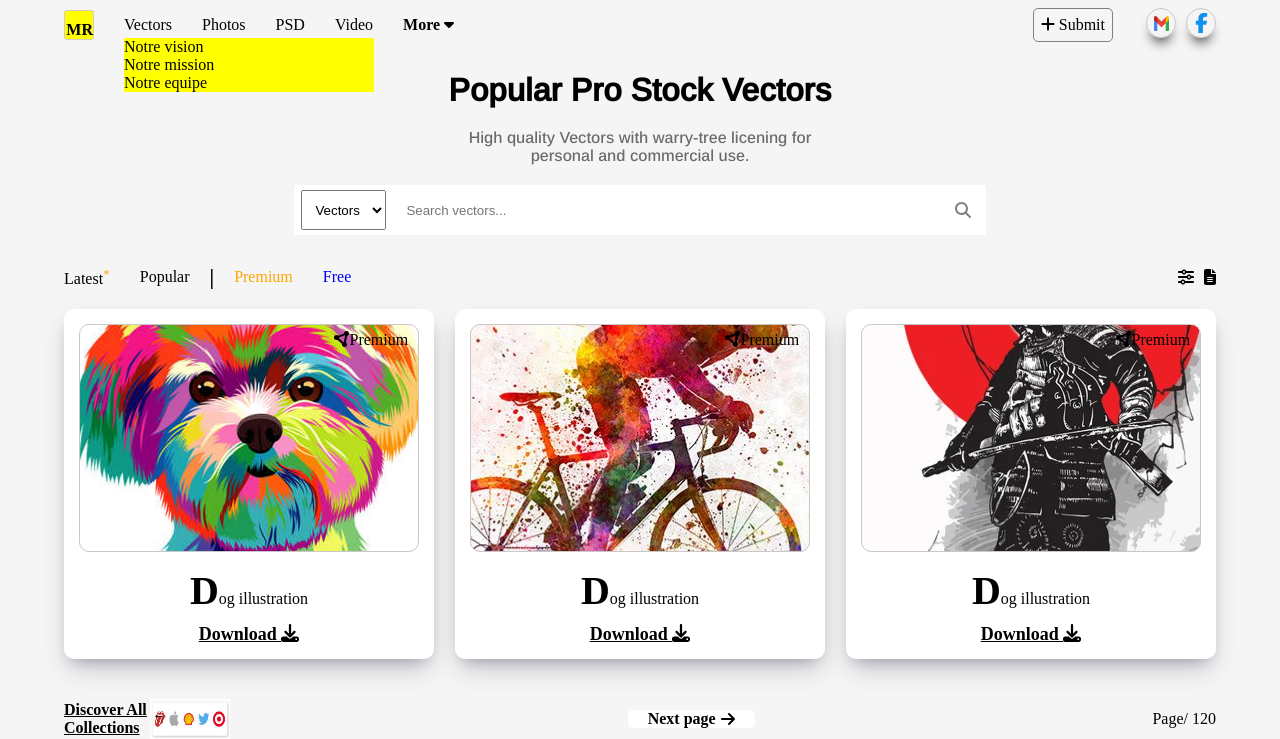
Repository: kegbaDev/VectorTemplate
Page: /
An editor plug-in stored every save of this project. The page is shown before and after a run of saves, followed by the edit.
The browser window is 1280 px wide. The pictures show the whole page.
The project was rebuilt for these pictures with package versions that can differ from the ones it lists, and the page was loaded fresh each time. Also part of the build but not shown: vite.config.js.

Above is the page before, as saved 2023-04-14 01:54:17.

### index.html
<!DOCTYPE html>
<html lang="en">
  <head>
    <meta charset="UTF-8" />
    <link rel="icon" href="/favicon.ico" />
    <meta name="viewport" content="width=device-width, initial-scale=1.0" />
    <title>Vite App</title>
  </head>
  <body style="background-color: rgb(245, 245, 245)">
    <div id="app"></div>
    <script type="module" src="/src/main.js"></script>
  </body>
</html>

### src/main.js
import { createApp } from 'vue'
import App from './App.vue'

// fontawesome importation
import '@fortawesome/fontawesome-free/css/all.css'
import '@fortawesome/fontawesome-free/js/all.js'

createApp(App).mount('#app')

### src/App.vue
<template>
<div class="wrapper">
  <div class="navbar">
    <div class="left bounce">
      <div class="logo">MR</div>
      <ul>
        <li>
          Vectors
          <div class="sous_menu">
            <ul class="liens">
              <li class="lien">Notre vision</li>
              <li class="lien">Notre mission</li>
              <li class="lien">Notre equipe</li>
            </ul>
          </div>
        </li>
        <li>Photos</li>
        <li>PSD</li>
        <li>Video</li>
        <li><span class="more" >More</span><i class="fa-solid fa-caret-down"></i></li>
      </ul>
    </div>
    <div class="right">
      <div class="submit">
        <i class="fa-solid fa-plus"></i>
        Submit
      </div>
      <div class="logo_collection">
        <div class="logo_card">
          <img src="./assets/gmail-logo-16.png" alt="google-icon" width="15px" height="15px">
        </div>
        <div class="logo_card">
          <i class="fa-brands fa-facebook-f" style="color: #1191ee; width: 25px;height: 20px;"></i>
        </div>
      </div>
    </div>
  </div>


  <!-- Second component -->


  <div class="text_section">
    <h1 class="title slideInUp">Popular Pro Stock Vectors</h1>
    <p class="paragraph slideInUp">
      High quality Vectors with warry-tree licening for <br>
      personal and commercial use.
    </p>
    <div class="input_card slideInRight">
      <select name="" id="">
        <option value="value1">Vectors</option>
        <option value="value2">Vectors</option>
      </select>
      <input type="text" placeholder="Search vectors... ">
      <i class="fa-solid fa-magnifying-glass" style="color: grey; margin-right: 15px;"></i>
    </div>
  </div>

  <!-- Third component -->

  <div class="row">
    <div class="left-row">
      <ul>
        <li>Latest<sup style="color:orange">*</sup></li>
        <li>Popular</li>
      </ul>
      <span class="pipe">
        |
      </span>
      <ul>
        <li style="color:orange">Premium</li>
        <li style="color:blue">Free</li>
      </ul>
    </div>
    <div class="right-row">
      <i class="fa-solid fa-sliders"></i>
      <i class="fa-solid fa-file-lines"></i>
    </div>
  </div>

  <!-- Fourth component  -->

  <div class="card_content slideInUp">
    <div class="main_card">
      <div class="image_and_text_space">
        <i class="fa-solid fa-circle-nodes"></i>Premium
      </div>
      <p style="margin-bottom: 10px;"><span style="text-transform: uppercase; font-weight: bolder; font-size: 40px;">D</span>og illustration</p>
      <p class="download">Download <i class="fa-solid fa-download"></i></p>
    </div>
    <div class="main_card">
      <div class="image_and_text_space2">
        <i class="fa-solid fa-circle-nodes"></i>Premium
      </div>
      <p style="margin-bottom: 10px;"><span style="text-transform: uppercase; font-weight: bolder; font-size: 40px;">D</span>og illustration</p>
      <p class="download">Download <i class="fa-solid fa-download"></i></p>
    </div>
    <div class="main_card">
      <div class="image_and_text_space3">
        <!-- <img src="./assets/154416(1).svg" width="209px" height="300px" alt=""> -->
        <i class="fa-solid fa-circle-nodes"></i>Premium
      </div>
      <p style="margin-bottom: 10px;"><span style="text-transform: uppercase; font-weight: bolder; font-size: 40px;">D</span>og illustration</p>
      <p class="download">Download <i class="fa-solid fa-download"></i></p>
    </div>
    <!-- <div class="main_card">
      <div class="image_and_text_space">
        Premium
      </div>
      <p>Dog illustration</p>
      <p class="download">Download<i class="fa-solid fa-download"></i></p>
    </div>
    <div class="main_card">
      <div class="image_and_text_space">
        Premium
      </div>
      <p>Dog illustration</p>
      <p class="download">Download<i class="fa-solid fa-download"></i></p>
    </div> -->
  </div>

  <!-- Last component -->
  <div class="last_row">
    <div class="start">
      <div class="part">
        Discover All <br>
        Collections
      </div>
      <img src="./assets/imagesfinal.jpg" alt="" style="width: 80px; height: 40px;">
    </div>
    <div class="between">
      Next page <i class="fa-solid fa-arrow-right"></i>
    </div>
    <div class="end">
      Page/ 120
    </div>
  </div>
</div>




</template>

<script setup>

</script>


<style scoped>
@import url('https://fonts.googleapis.com/css2?family=Arimo:wght@500&display=swap');
.wrapper{
  height: 100vh;
  width: 90vw;
  margin:auto;
}
*{
  padding: 0px;
  margin: 0px;
  box-sizing: border-box;
  /* font-family: 'Arimo', sans-serif; */
}
.left{
  display: flex;
  align-items: center;
}

ul{
  list-style: none;
  display: flex;
  gap: 30px;
  margin-left: 30px;
}
ul li{
  cursor: pointer;
}
.more{
  font-weight: bolder;
  padding-right: 4px;
}
.logo{
  width: 30px;
  height: 30px;
  border: 1px solid rgb(214, 201, 201);
  background-color: yellow;
  font-weight: bolder;
  display: flex;
  justify-content: end;
  align-items: end;
  border-radius: 3px;
  cursor: pointer;
}
.navbar{
  display: flex;
  justify-content: space-between;
}
.right{
  display: flex;
  gap: 3px;
}
.submit{
  border: 1px solid gray;
  padding: 7px;
  margin-right: 30px;
  border-radius: 5px;
  background-color: rgba(234, 233, 233, 0.03);
  cursor: pointer;
  transition: all 400ms ease-in-out;
}
.submit:hover{
  background-color: yellow;
  /* font-weight: bolder; */
  scale: 1.1;
}
.logo_collection{
  display: flex;
  gap: 10px;
}
.logo_card{
  width: 30px;
  height: 30px;
  border: 1px solid black;
  display: flex;
  align-items: center;
  justify-content: center;
  border-radius: 50%;
  border-color: rgb(202, 198, 198);
  -webkit-box-shadow: 0px 10px 13px -7px #000000, -2px -2px 15px 6px rgba(26,17,18,0);
  box-shadow: 0px 10px 13px -7px #000000, -2px -2px 15px 6px rgba(26,17,18,0);
  cursor: pointer;transition: all 300ms ease-in-out;

}
.logo_card:hover{
  -webkit-box-shadow: 0px 10px 13px -7px #000000, -2px -2px 15px 6px rgba(26,17,18,0);
  box-shadow: 0px 10px 13px -7px #000000, -2px -2px 15px 6px rgba(26,17,18,0);
  scale: 1.2;

}

              /* Menu deroulant */
.sous_menu .liens{
  position: absolute;
  display: block;
  background-color: yellow;
  width: 250px;
  margin-left: 0px;
  top: 30px;
}
.sous_menu .liens .lien{

}


              /* Menu deroulant */

/* Second composant */

.text_section{
  margin: 30px auto;
  text-align: center;
}
.title{
  font-family: 'Arimo', sans-serif;
  margin-bottom: 20px;
}
.paragraph{
  font-family: 'Arimo', sans-serif;
  margin-bottom: 20px;
  color: rgb(107, 106, 106);
}
.input_card{
  width: 60%;
  height: 50px;
  background-color: white;
  margin: auto;
  display: flex;
  align-items: center;
  border-radius: 2px;
}
input{
  width: 100%;
  padding-left: 20px;
  border: none;
}
input, select{
  height: 40px;
}
select{
  padding: 9px;
  margin-left: 7px;
}

/* Third component */
.row{
  display: flex;
  justify-content: space-between;
  margin-bottom: 20px;
}
.left-row ul{
  margin: 0px;
  padding: 0px;
  display: flex;
  align-items: center;
}
.left-row, .right-row{
  display: flex;
  align-items: center;
}
.pipe{
  margin: 0px 20px;
}

.pipe{
  font-weight: bolder;
  font-size: 1.3em;
}
.right-row{
  gap: 10px;
}

/* Fourth component */

.card_content{
  display: flex;
  justify-content: space-between;
}
.main_card{
  min-width: 370px;
  min-height: 350px;
  /* border: 1px solid black; */
  border-radius: 10px;
  background-color: white;
  box-shadow: rgba(50, 50, 93, 0.25) 0px 13px 27px -5px, rgba(0, 0, 0, 0.3) 0px 8px 16px -8px;
  padding-bottom: 25px;
  cursor: pointer;
  transition: all 400ms ease-in-out;
}
.main_card:hover{
  scale: 1.02;
}
.main_card p{
  text-align: center;
}
.download{
  font-weight: bolder;
  text-decoration: underline;
  font-size: large;
}
.image_and_text_space{
  padding-top: 6px;
  padding-right: 10px;
  text-align: end;
  height: 70%;
  width: 92%;
  border: 1px solid rgb(201, 199, 199);
  border-radius: 10px;
  margin: 15px auto;
  background-image: url(./assets/chien_color.jpg);
  background-repeat: no-repeat;
  background-position: center;
}
.image_and_text_space2{
  background-image: url(./assets/velo.jpg) !important;
  padding-top: 6px;
  padding-right: 10px;
  text-align: end;
  height: 70%;
  width: 92%;
  border: 1px solid rgb(201, 199, 199);
  border-radius: 10px;
  margin: 15px auto;
  background-repeat: no-repeat;
  background-position: center;
}
.image_and_text_space3{
  background-image: url(./assets/sa.webp) !important;
  padding-top: 6px;
  padding-right: 10px;
  text-align: end;
  height: 70%;
  width: 92%;
  border: 1px solid rgb(201, 199, 199);
  border-radius: 10px;
  margin: 15px auto;
  background-repeat: no-repeat;
  /* object-fit: contain; */
  background-position: center;
}

/* Animation */

.bounce {
  -webkit-animation-name: bounce;
  animation-name: bounce;
  -webkit-transform-origin: center bottom;
  -ms-transform-origin: center bottom;
  transform-origin: center bottom;
  -webkit-animation-duration: 1s;
  animation-duration: 1s;
  -webkit-animation-fill-mode: both;
  animation-fill-mode: both;
  }
  @-webkit-keyframes bounce {
  0%, 20%, 53%, 80%, 100% {
  -webkit-transition-timing-function: cubic-bezier(0.215, 0.610, 0.355, 1.000);
  transition-timing-function: cubic-bezier(0.215, 0.610, 0.355, 1.000);
  -webkit-transform: translate3d(0,0,0);
  transform: translate3d(0,0,0);
  }
  40%, 43% {
  -webkit-transition-timing-function: cubic-bezier(0.755, 0.050, 0.855, 0.060);
  transition-timing-function: cubic-bezier(0.755, 0.050, 0.855, 0.060);
  -webkit-transform: translate3d(0, -30px, 0);
  transform: translate3d(0, -30px, 0);
  }
  70% {
  -webkit-transition-timing-function: cubic-bezier(0.755, 0.050, 0.855, 0.060);
  transition-timing-function: cubic-bezier(0.755, 0.050, 0.855, 0.060);
  -webkit-transform: translate3d(0, -15px, 0);
  transform: translate3d(0, -15px, 0);
  }
  90% {
  -webkit-transform: translate3d(0,-4px,0);
  transform: translate3d(0,-4px,0);
  }
  }

  @keyframes bounce {
  0%, 20%, 53%, 80%, 100% {
  -webkit-transition-timing-function: cubic-bezier(0.215, 0.610, 0.355, 1.000);
  transition-timing-function: cubic-bezier(0.215, 0.610, 0.355, 1.000);
  -webkit-transform: translate3d(0,0,0);
  transform: translate3d(0,0,0);
  }
  40%, 43% {
  -webkit-transition-timing-function: cubic-bezier(0.755, 0.050, 0.855, 0.060);
  transition-timing-function: cubic-bezier(0.755, 0.050, 0.855, 0.060);
  -webkit-transform: translate3d(0, -30px, 0);
  transform: translate3d(0, -30px, 0);
  }
  70% {
  -webkit-transition-timing-function: cubic-bezier(0.755, 0.050, 0.855, 0.060);
  transition-timing-function: cubic-bezier(0.755, 0.050, 0.855, 0.060);
  -webkit-transform: translate3d(0, -15px, 0);
  transform: translate3d(0, -15px, 0);
  }
  90% { -webkit-transform: translate3d(0,-4px,0); transform: translate3d(0,-4px,0);
  }
}
.slideInUp {
  -webkit-animation-name: slideInUp;
  animation-name: slideInUp;
  -webkit-animation-duration: 1s;
  animation-duration: 1s;
  -webkit-animation-fill-mode: both;
  animation-fill-mode: both;
  }
  @-webkit-keyframes slideInUp {
  0% {
  -webkit-transform: translateY(100%);
  transform: translateY(100%);
  visibility: visible;
  }
  100% {
  -webkit-transform: translateY(0);
  transform: translateY(0);
  }
  }
  @keyframes slideInUp {
  0% {
  -webkit-transform: translateY(100%);
  transform: translateY(100%);
  visibility: visible;
  }
  100% {
  -webkit-transform: translateY(0);
  transform: translateY(0);
  }
}

.slideInRight {
  -webkit-animation-name: slideInRight;
  animation-name: slideInRight;
  -webkit-animation-duration: 1s;
  animation-duration: 1s;
  -webkit-animation-fill-mode: both;
  animation-fill-mode: both;
  }
  @-webkit-keyframes slideInRight {
  0% {
  -webkit-transform: translateX(100%);
  transform: translateX(100%);
  visibility: visible;
  }
  100% {
  -webkit-transform: translateX(0);
  transform: translateX(0);
  }
  }
  @keyframes slideInRight {
  0% {
  -webkit-transform: translateX(100%);
  transform: translateX(100%);
  visibility: visible;
  }
  100% {
  -webkit-transform: translateX(0);
  transform: translateX(0);
  }
  }

.slideInUp {
  -webkit-animation-name: slideInUp;
  animation-name: slideInUp;
  -webkit-animation-duration: 1s;
  animation-duration: 1s;
  -webkit-animation-fill-mode: both;
  animation-fill-mode: both;
  }
  @-webkit-keyframes slideInUp {
  0% {
  -webkit-transform: translateY(100%);
  transform: translateY(100%);
  visibility: visible;
  }
  100% {
  -webkit-transform: translateY(0);
  transform: translateY(0);
  }
  }
  @keyframes slideInUp {
  0% {
  -webkit-transform: translateY(100%);
  transform: translateY(100%);
  visibility: visible;
  }
  100% {
  -webkit-transform: translateY(0);
  transform: translateY(0);
  }
}

/* Animation */

/* last component */

.last_row{
  margin-top: 40px;
  margin-bottom: 40px;
  display: flex;
  justify-content: space-between;
  align-items: center;
}
.between{
  font-weight: bolder;
  padding: 0px 20px;
  background-color: white;
  border-radius: 5px;
  display: flex;
  justify-content: center;
  align-items: center;
  gap: 5px;
}
.start{
  display: flex;
  align-items: center;
  gap: 3px;
  text-decoration: underline;
  font-weight: bold;
}
</style>

After the next 2 saves:
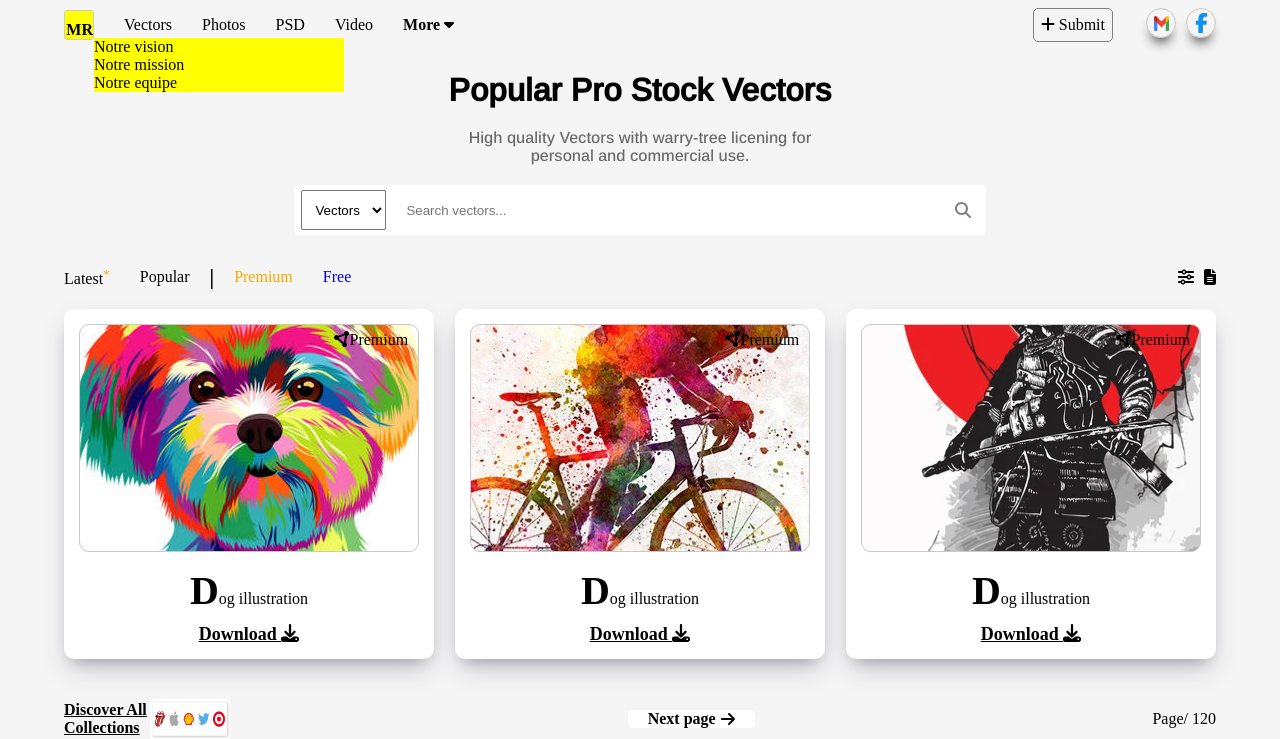
The 2 saves are shown as one change because they came seconds apart.
The last was saved 25 s later.
--- a/src/App.vue
+++ b/src/App.vue
@@ -243,7 +243,7 @@ ul li{
   display: block;
   background-color: yellow;
   width: 250px;
-  margin-left: 0px;
+  margin-left: -30px;
   top: 30px;
 }
 .sous_menu .liens .lien{
